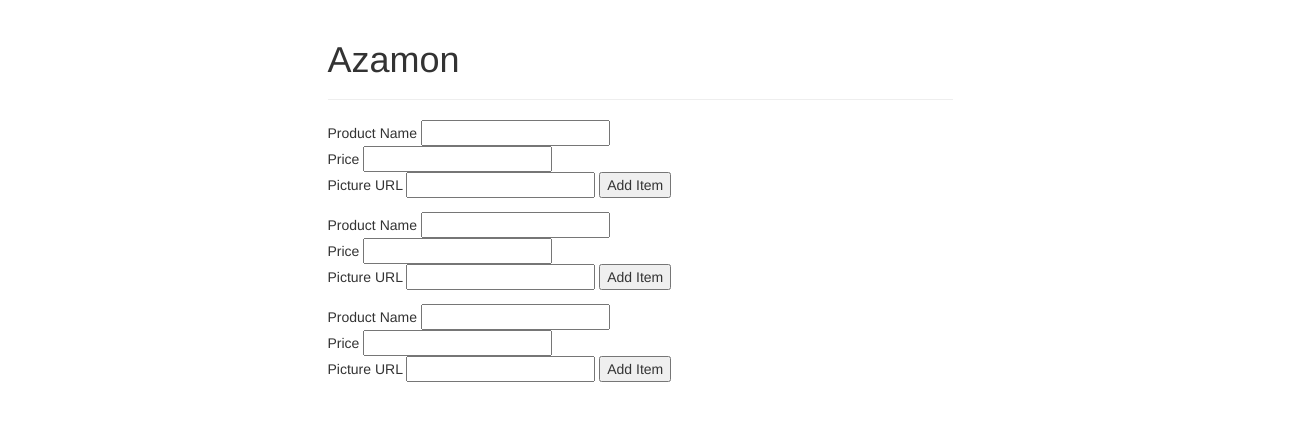
Repository: bkappen/Creative3
Page: midterm/public/index.html
The author's editor kept a record of every edit. The page is drawn from the files as they stood at one moment, then again after the next edit.
The browser window is 1280 px wide. The page is 1295 px wide, so the pictures cover 1295 px, including what lies to the right of the window. The pictures show the whole page.
The page's requests for data from a server got no answer. Some web libraries are served in a nearby version.

Above is the page before.

### midterm/public/index.html
<html>

<head>
    <title>Products</title>
    <link href="//maxcdn.bootstrapcdn.com/bootstrap/3.2.0/css/bootstrap.min.css" rel="stylesheet">
    <script src="//ajax.googleapis.com/ajax/libs/angularjs/1.2.19/angular.min.js"></script>
    <script src="javascripts/product.js"></script>

</head>

<body ng-app="midterm" ng-controller="MainCtrl">
    <div class="row">
        <div class="col-md-6 col-md-offset-3">
            <div class="page-header">
                <h1>Azamon </h1>
            </div>

            <form ng-submit="addProduct()" style="margin-top30px;">
                Product Name <input type="text" id="name" ng-model="formContent"></input> <br>
                Price <input type="text" id = "$" ng-model="formContent"></input> <br>
                Picture URL <input type="text" id = "url" ng-model="formContent"></input>
                <button type="submit">Add Item</button>
            </form>

            <form ng-submit="addProduct()" style="margin-top30px;">
                Product Name <input type="text" id="name" ng-model="formContent"></input> <br>
                Price <input type="text" id = "$" ng-model="formContent"></input> <br>
                Picture URL <input type="text" id = "url" ng-model="formContent"></input>
                <button type="submit">Add Item</button>
            </form>

            <form ng-submit="addProduct()" style="margin-top30px;">
                Product Name <input type="text" id="name" ng-model="formContent"></input> <br>
                Price <input type="text" id = "$" ng-model="formContent"></input> <br>
                Picture URL <input type="text" id = "url" ng-model="formContent"></input>
                <button type="submit">Add Item</button>
            </form>

            <div ng-repeat="product in products | orderBy: '-'">
                <span class="glyphicon glyphicon-remove" ng-click="delete(product)"></span> {{product.title}} - ordered: {{product.ordered}}
            </div>

            </div>
        </div>
    </div>
</body>

</html>

### midterm/public/javascripts/product.js
angular.module('midterm', [])
    .controller('MainCtrl', [
        '$scope', '$http',
        function($scope, $http) {
            $scope.products = [];
            $scope.addProduct = function() {
                var newproduct = { title: $scope.nameContent, price: $scope.priceContent, URL: $scope.picContent, ordered: 0 };
                $http.post('/products', newproduct).success(function(data) {
                    $scope.products.push(data);
                });
                $scope.nameContent = '';
                $scope.priceContent = '';
                $scope.picContent = '';
                $scope.products.push(newproduct);
            };
            $scope.incrementOrders = function(product) {
                $http.put('/products/' + product._id + '/order')
                    .success(function(data) {
                        product.ordered += 1;
                    });
            };
            $scope.delete = function(product) {
                $http.delete('/products/' + product._id)
                    .success(function(data) {
                        console.log("delete worked");
                        $scope.getAll();
                    });
            };
            $scope.getAll = function() {
                return $http.get('/products').success(function(data) {
                    angular.copy(data, $scope.products);
                });
            };
            $scope.getAll();
        }


    ]);

After the next edit:
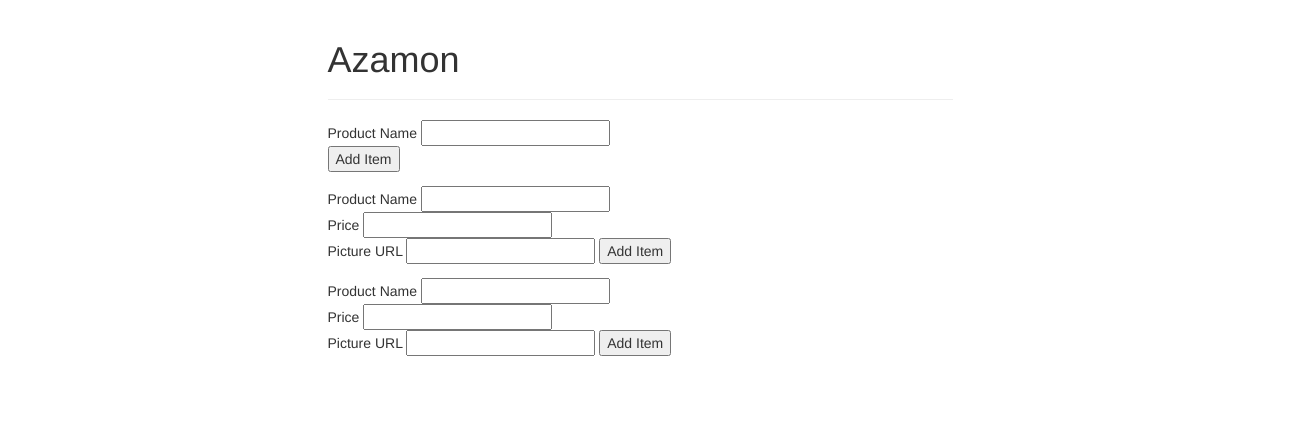
The edit:
--- a/midterm/public/index.html
+++ b/midterm/public/index.html
@@ -17,8 +17,6 @@
 
             <form ng-submit="addProduct()" style="margin-top30px;">
                 Product Name <input type="text" id="name" ng-model="formContent"></input> <br>
-                Price <input type="text" id = "$" ng-model="formContent"></input> <br>
-                Picture URL <input type="text" id = "url" ng-model="formContent"></input>
                 <button type="submit">Add Item</button>
             </form>
 
